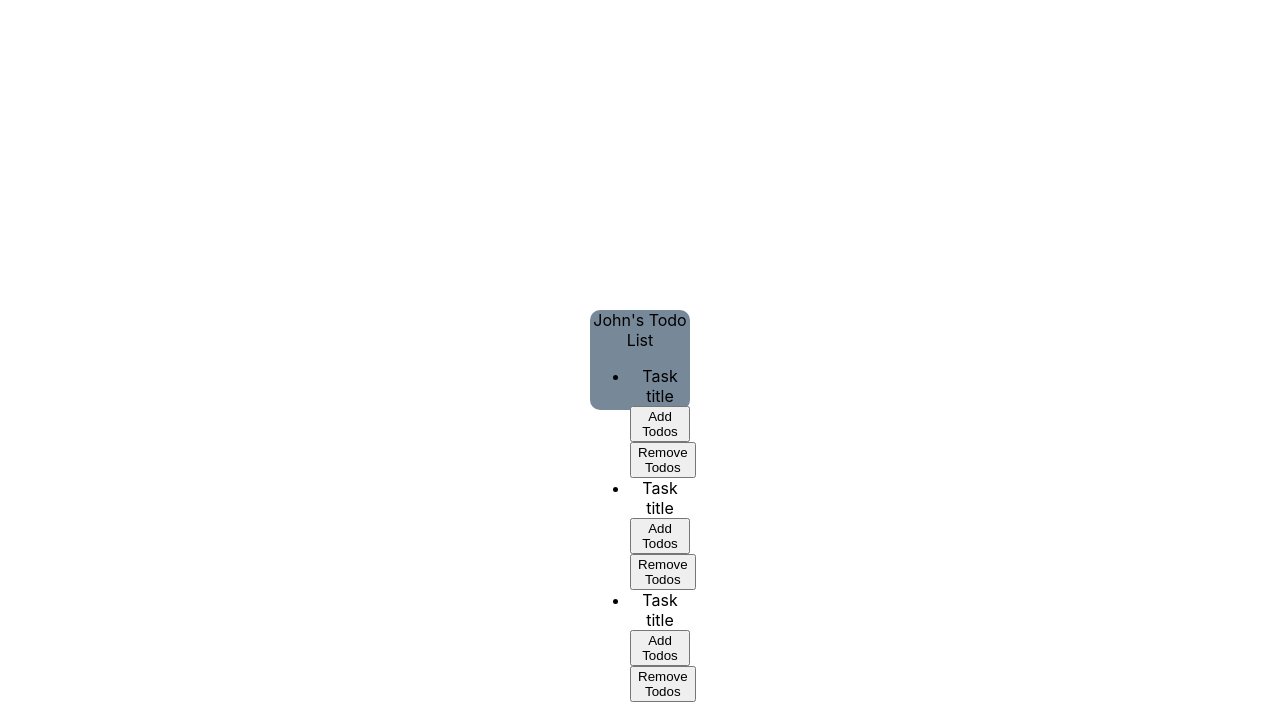
Repository: JohnKang0720/Simple-Todo-List
Page: /
The author's editor kept a copy of each file at every save. The page is drawn from the files as they stood at one save, then again after the next save.
The browser window is 1280 px wide. The pictures show the whole page.
The project was rebuilt for these pictures with package versions that can differ from the ones it lists, and the page was loaded fresh each time.

Above is the page before, as saved 2021-05-24 21:02:27.

After the next save:
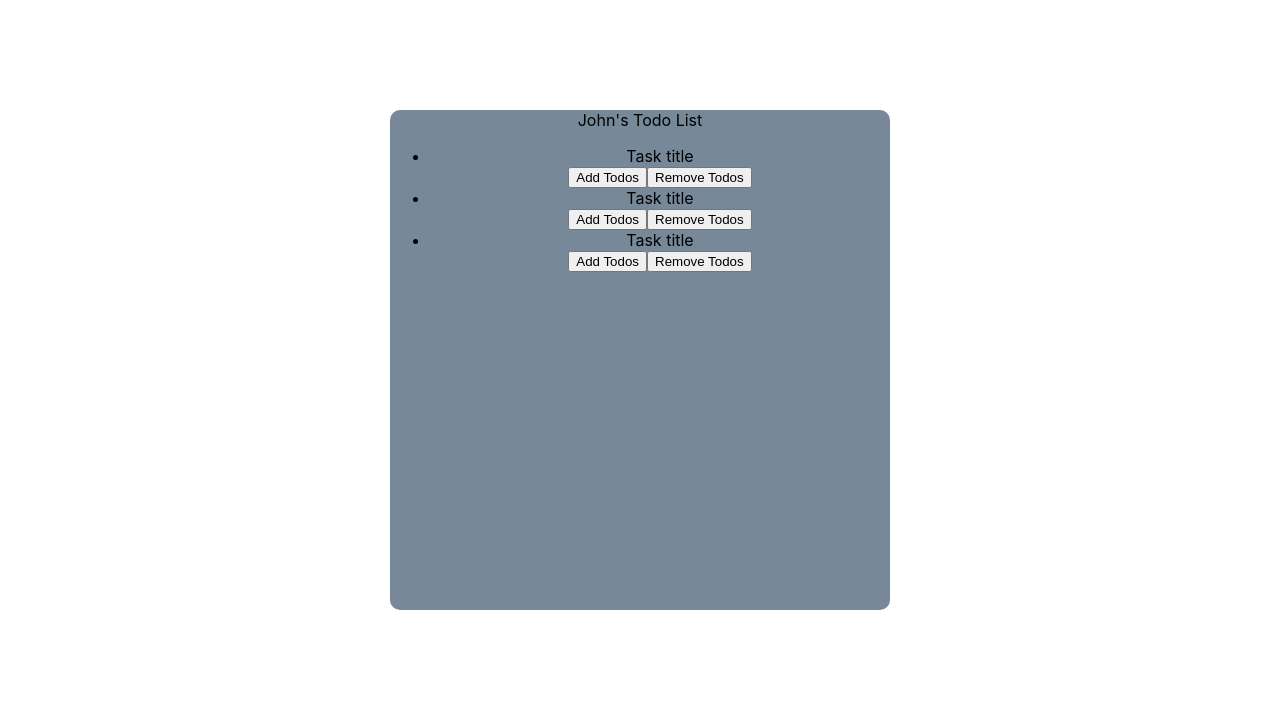
Saved 4 s later.
--- a/src/App.css
+++ b/src/App.css
@@ -36,8 +36,8 @@ body,html{
 }
 .App{
   background: lightslategray;
-  width: 100px;
-  height: 100px;
+  width: 500px;
+  height: 500px;
   position: relative;
   border-radius: 10px;
   box-shadow:black;
